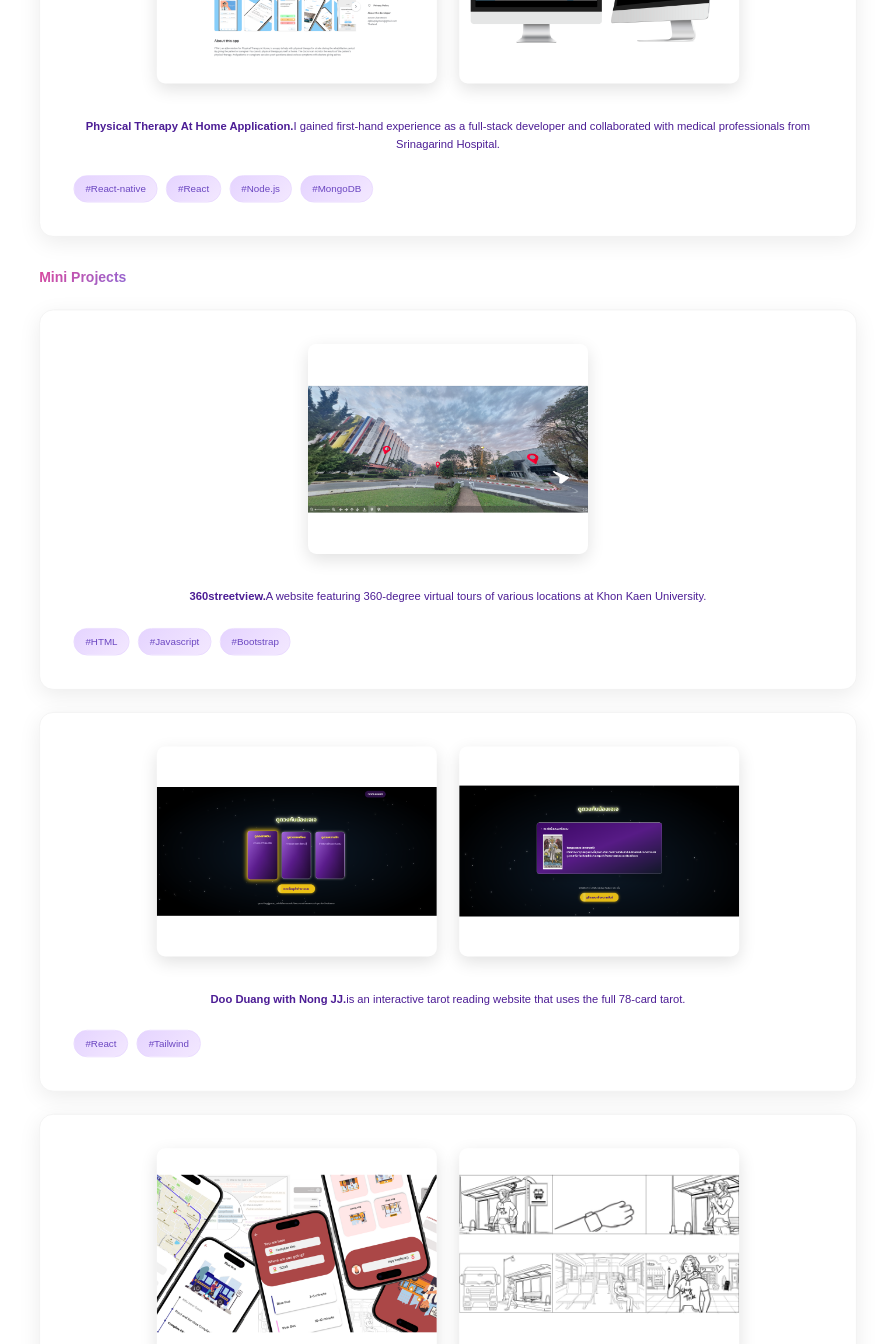
Repository: PattarasayaJJ/Portfolio-jjpatts
Page: /works
The author's editor kept a copy of each file at every save. The page is drawn from the files as they stood at one save, then again after the next save.
The browser window is 1280 px wide. The pictures show the part of the page from y = 486 to 2406 px (the page is 4678 px tall before and 4699 px after), at 70% of full size.
The project was rebuilt for these pictures with package versions that can differ from the ones it lists, and the page was loaded fresh each time. Also part of the build but not shown: vite.config.js, vite.config.ts, src/header.css, src/hero.css, src/components/Hero.jsx, src/components/Aboutme.jsx.

Above is the page before, as saved 2025-08-03 22:39:29.

### index.html
<!doctype html>
<html lang="en">
  <head>
    <meta charset="UTF-8" />
    <link rel="icon" type="image/svg+xml" href="/JPtab.png" />
    <meta name="viewport" content="width=device-width, initial-scale=1.0" />
    <title>JJPatts Portfolio</title>
  </head>
  <body>
    <div id="root"></div>
    <script type="module" src="/src/index.jsx"></script>
  </body>
</html>

### src/index.css
@import 'tailwindcss/base';
@import 'tailwindcss/components';
@import 'tailwindcss/utilities';
@import url('https://fonts.googleapis.com/css2?family=Kanit:wght@400;700&display=swap');

*{
   font-family: 'Kanit', sans-serif;

}

### src/App.jsx
import React from 'react';
import { BrowserRouter as Router, Routes, Route } from 'react-router-dom';
import { Header } from './components/Header';
import { Hero } from './components/Hero';
import { Works } from './components/Works';
import { Aboutme } from './components/Aboutme' ;
import { Footer } from './components/Footer';
export function App() {
  return (
    <Router>
      <div className="w-full min-h-screen bg-white">
        <Header />
        <main className="w-full">
          <Routes>
            <Route path="/" element={<><Hero /> </>} />
            <Route path="/works" element={<><Works /></>}/>
            <Route path="/aboutme" element={<Aboutme />} />


          </Routes>
        </main>
        <Footer />

      </div>
    </Router>
  );
}

### src/components/Header.jsx
import React, { useState } from 'react';
import { Link, useLocation } from 'react-router-dom';
import { MenuIcon, XIcon } from 'lucide-react';
import '../header.css';

export function Header() {
  const [isMenuOpen, setIsMenuOpen] = useState(false);
  const location = useLocation();

  const isActive = (path) => location.pathname === path;

  return (
    <header className="w-full bg-black py-4 px-8 relative">
      <div className="max-w-7xl mx-auto flex justify-between items-center">
        <Link to="/">
          <div className="flex items-center">
            <img src="/JP.png" alt="logo" className="w-20" />
          </div>
        </Link>

        <nav className="hidden md:flex space-x-8">
          <Link
            to="/"
            className={`font-medium px-8 py-2 rounded-full ${
              isActive('/') ? 'bg-white text-purple-600' : 'gradient-text'
            }`}
            style={isActive('/') ? { color: '#4c1d95' } : {}}
          >
            Home
          </Link>
          <Link
            to="/works"
            className={`font-medium px-8 py-2 rounded-full ${
              isActive('/works') ? 'bg-white text-purple-600' : 'gradient-text'
            }`}
            style={isActive('/works') ? { color: '#4c1d95' } : {}}
          >
            My Projects
          </Link>
          <Link
            to="/aboutme"
            className={`font-medium px-8 py-2 rounded-full ${
              isActive('/aboutme') ? 'bg-white text-purple-600' : 'gradient-text'
            }`}
            style={isActive('/aboutme') ? { color: '#4c1d95' } : {}}
          >
            About me
          </Link>
        </nav>

        <button className="md:hidden text-white" onClick={() => setIsMenuOpen(!isMenuOpen)}>
          {isMenuOpen ? <XIcon size={24} /> : <MenuIcon size={24} />}
        </button>
      </div>

      <div
        className={`
          fixed top-0 right-0 w-64 h-full bg-black z-50 transform transition-transform duration-300 ease-in-out
          ${isMenuOpen ? 'translate-x-0' : 'translate-x-full'}
          md:hidden
        `}
      >
        <div className="p-6">
          <button className="text-white mb-8" onClick={() => setIsMenuOpen(false)}>
            <XIcon size={24} />
          </button>
          <nav className="flex flex-col space-y-6">
            <Link
              to="/"
              className={`font-medium px-6 py-2 rounded-full block text-center ${
                isActive('/') ? 'bg-white text-purple-600' : 'gradient-text'
              }`}
              style={isActive('/') ? { color: '#4c1d95' } : {}}
              onClick={() => setIsMenuOpen(false)}
            >
              Home
            </Link>
            <Link
              to="/works"
              className={`font-medium px-6 py-2 rounded-full block text-center ${
                isActive('/works') ? 'bg-white text-purple-600' : 'gradient-text'
              }`}
              style={isActive('/works') ? { color: '#4c1d95' } : {}}
              onClick={() => setIsMenuOpen(false)}
            >
              My Projects
            </Link>
            <Link
              to="/aboutme"
              className={`font-medium px-6 py-2 rounded-full block text-center ${
                isActive('/aboutme') ? 'bg-white text-purple-600' : 'gradient-text'
              }`}
              style={isActive('/aboutme') ? { color: '#4c1d95' } : {}}
              onClick={() => setIsMenuOpen(false)}
            >
              About me
            </Link>
          </nav>
        </div>
      </div>

      {isMenuOpen && (
        <div
          className="fixed inset-0 bg-black bg-opacity-50 z-40 md:hidden"
          onClick={() => setIsMenuOpen(false)}
        />
      )}
    </header>
  );
}

### src/components/Works.jsx
import '../work.css';

export function Works() {
  const Ptahskills = [
    { name: '#React-native', type: 'tool' },
    { name: '#React', type: 'tool' },
    { name: '#Node.js', type: 'tool' },
    { name: '#MongoDB', type: 'tool' },
  ];

  const stv = [
    { name: '#HTML', type: 'tool' },
    { name: '#Javascript', type: 'tool' },
    { name: '#Bootstrap', type: 'tool' },
  ];

  const tarot = [
    { name: '#React', type: 'tool' },
    { name: '#Tailwind', type: 'tool' },
  ];

  const kkuBusSkills = [
    { name: '#Figma', type: 'tool' },
  ];

  const ClassSkills = [
    { name: '#AdobeXD', type: 'tool' },
  ];

  const BakeySkills = [
    { name: '#Figma', type: 'tool' },
  ];

  const NineSkills = [
    { name: '#Power BI', type: 'tool' },
  ];

  return (
    <section className="projects-section">
      <nav className="breadcrumb">
        <a href="/" className="breadcrumb-link">
          Home
        </a>
        <span className="breadcrumb-separator">/</span>
        <span className="breadcrumb-current">My Projects</span>
      </nav>

      <div className="projects-container">
       <div className="final-project-text">
  <div className="project-title-container">
    <div className="project-title-text">Final Project</div>
  </div>
</div>

        <div className="project-card">
          <div className="project-images">
            <img
              src="/Ptah.png"
              alt="PTAH Mobile App"
              className="project-image"
            />
            <img
              src="/ptahdoctor.png"
              alt="PTAH Desktop App"
              className="project-image"
            />
          </div>

          <div className="project-content">
            <h3 className="project-name">
              <span className="highlight">Physical Therapy At Home Application.</span>
              I gained first-hand experience as a full-stack developer and collaborated with medical professionals from Srinagarind Hospital.
            </h3>

            <div className="skills-list">
              {Ptahskills.map((skill, index) => (
                <span className="skill-tag" key={index}>
                  {skill.name}
                </span>
              ))}
            </div>
          </div>
        </div>

        <div className="final-project-text">
           <div className="project-title-container">
    <div className="project-title-text">Mini Projects</div>
  </div>
</div>

        {/* 360streetview Project */}
        <div className="project-card">
          <div className="project-images single">
            <img
              src="/360.png"
              alt="360streetview"
              className="project-image"
            />
          </div>

          <div className="project-content">
            <h3 className="project-name">
              <span className="highlight">360streetview.</span>
              A website featuring 360-degree virtual tours of various locations at Khon Kaen University.
            </h3>

            <div className="skills-list">
              {stv.map((skill, index) => (
                <span className="skill-tag" key={index}>
                  {skill.name}
                </span>
              ))}
            </div>
          </div>
        </div>

        {/* Tarot Project */}
        <div className="project-card">
          <div className="project-images single">
            <img
              src="/tarot.png"
              alt="Tarot Reading"
              className="project-image"
            />
             <img
              src="/tarot2.png"
              alt="Tarot Reading"
              className="project-image"
            />
          </div>

          <div className="project-content">
            <h3 className="project-name">
              <span className="highlight">Doo Duang with Nong JJ.</span>
              is an interactive tarot reading website that uses the full 78-card tarot.
            </h3>

            <div className="skills-list">
              {tarot.map((skill, index) => (
                <span className="skill-tag" key={index}>
                  {skill.name}
                </span>
              ))}
            </div>
          </div>
        </div>

        {/* KKU Bus Project */}
        <div className="project-card">
          <div className="project-images">
            <img
              src="/KKUbus.png"
              alt="KKU Bus App"
              className="project-image"
            />
            <img
              src="/storykkubus.jpeg"
              alt="KKU Bus Story"
              className="project-image"
            />
          </div>

          <div className="project-content">
            <h3 className="project-name">
              <span className="highlight">KKU Shuttle Bus.</span>
              This was my first mini project, starting with user research and continuing through to design, following various principles and guidelines. The main focus was to ensure that users could use the product without a steep learning curve. In this project, I conducted A/B testing, usability testing, and applied other UX/UI principles as well.
            </h3>

            <div className="skills-list">
              {kkuBusSkills.map((skill, index) => (
                <span className="skill-tag" key={index}>
                  {skill.name}
                </span>
              ))}
            </div>
          </div>
        </div>

        {/* Class Cafe Project */}
        <div className="project-card">
          <div className="project-images single">
            <img
              src="/classfull.png"
              alt="Class Cafe"
              className="project-image"
            />
          </div>

          <div className="project-content">
            <h3 className="project-name">
              <span className="highlight">Class Cafe.</span>
              This project had a clear business objective: How can we increase this store's sales? I started by gathering customer insights and business metrics, then brainstormed revenue‑driving features before moving on to the design phase.
            </h3>

            <div className="skills-list">
              {ClassSkills.map((skill, index) => (
                <span className="skill-tag" key={index}>
                  {skill.name}
                </span>
              ))}
            </div>
          </div>
        </div>

        {/* Bakery Shop Project */}
        <div className="project-card">
          <div className="project-images single">
            <img
              src="/bakery.png"
              alt="Bakery Shop"
              className="project-image"
            />
          </div>

          <div className="project-content">
            <h3 className="project-name">
              <span className="highlight">Bakery Shop.</span>
              The Bakey Shop application was created as a teaching tool for first-year students, with the purpose of introducing and providing practice in using Figma.
            </h3>

            <div className="skills-list">
              {BakeySkills.map((skill, index) => (
                <span className="skill-tag" key={index}>
                  {skill.name}
                </span>
              ))}
            </div>
          </div>
        </div>

        {/* 9Diamond Project */}
        <div className="project-card">
          <div className="project-images single">
            <img
              src="/9Diamond.png"
              alt="9Diamond"
              className="project-image"
            />
          </div>

          <div className="project-content">
            <h3 className="project-name">
              <span className="highlight">9Diamond.</span>
              I reached out to the store to get its sales data, which we analyzed to come up with a suitable promotion.
            </h3>

            <div className="skills-list">
              {NineSkills.map((skill, index) => (
                <span className="skill-tag" key={index}>
                  {skill.name}
                </span>
              ))}
            </div>
          </div>
        </div>
      </div>
    </section>
  );
}

### src/components/Footer.jsx
import React from 'react';

export function Footer() {
  return (
    <footer className="w-full bg-black text-white py-8 px-8">
  <div className="max-w-7xl mx-auto flex flex-col md:flex-row justify-between items-center space-y-6 md:space-y-0">

        <div className="text-center md:text-left gradient-text ">
          <h2 className="text-lg font-semibold">Contact Me</h2>
          <p className="text-sm mt-2">Email: jj.pattarasaya@gmail.com</p>
          <p className="text-sm">Phone: 099-209-5588</p>
          <p className="text-sm">Khon Kaen 40000, Thailand</p>

        </div>

        <div className="flex space-x-4 ">
        <a href="https://github.com/PattarasayaJJ" target="_blank" rel="noopener noreferrer">
        <img src="https://github.githubassets.com/favicons/favicon.png" alt="GitHub" />

  </a>

        </div>
      </div>

      <div className="text-center text-xs text-gray-400 mt-6 ">
        © {new Date().getFullYear()} JJPatts. All rights reserved.
      </div>
    </footer>
  );
}

### src/work.css
.projects-section {
  width: 100%;
  max-width: 1200px;
  margin: 0 auto;
  padding: 2rem 1rem;
  background-color: #ffffff;
}

.projects-container {
  max-width: 80rem;
  margin: 0 auto;
  display: flex;
  flex-direction: column;
  gap: 2rem;
}

.breadcrumb {
  margin-bottom: 2rem;
  font-size: 0.9rem;
  color: #666;
}

.breadcrumb-link {
  color: #666;
  text-decoration: none;
}

.breadcrumb-link:hover {
  color: #333;
}

.breadcrumb-separator {
  margin: 0 0.5rem;
}

.breadcrumb-current {
  color: #333;
  font-weight: 500;
}

.project-title-text {
  margin-top: 10px;
  background: linear-gradient(135deg, #DD489B, #9067D3);
  -webkit-background-clip: text;
  -webkit-text-fill-color: transparent;
  background-clip: text;
  display: inline-block;
  font-size: 1.25rem;
  font-weight: bold;
}

/* Project Card */
.project-card {
  background: #ffffff;
  border-radius: 20px;
  padding: 3rem;
  box-shadow: 0 8px 32px rgba(0, 0, 0, 0.08);
  border: 1px solid #f0f0f0;
  display: flex;
  flex-direction: column;
  gap: 2rem;
}

/* Project Images */
.project-images {
  display: flex;
  justify-content: center;
  gap: 2rem;
  margin-bottom: 1rem;
}

.project-images.single {
  justify-content: center;
}

/* Updated: Uniform image sizing */
.project-image {
  width: 400px;
  height: 300px;
  object-fit: contain;
  border-radius: 12px;
  box-shadow: 0 8px 24px rgba(0, 0, 0, 0.12);
  transition: transform 0.3s ease, box-shadow 0.3s ease;
}

.project-image:hover {
  transform: translateY(-4px);
  box-shadow: 0 12px 32px rgba(0, 0, 0, 0.16);
}

/* Project Content */
.project-content {
  text-align: center;
  display: flex;
  flex-direction: column;
  gap: 1rem;
}

.project-name {
  font-size: 1rem;
  line-height: 1.6;
  color: #4c1d95;
  margin: 0;
  font-weight: 400;
}

.highlight {
  font-weight: 700;
  color: #4c1d95;
}

/* Skills List */
.skills-list {
  display: flex;
  flex-wrap: wrap;
  gap: 0.75rem;
  margin-top: 1rem;
}

.skill-tag {
  background: linear-gradient(135deg, #e5d4ff, #f3e8ff);
  color: #6b46c1;
  padding: 0.5rem 1rem;
  border-radius: 20px;
  font-size: 0.875rem;
  font-weight: 500;
  border: 1px solid #e5d4ff;
  transition: all 0.3s ease;
}

.skill-tag:hover {
  background: linear-gradient(135deg, #ddd6fe, #e5d4ff);
  transform: translateY(-2px);
  box-shadow: 0 4px 12px rgba(107, 70, 193, 0.2);
}

/* Responsive Design */
@media (max-width: 1024px) {
  .project-images {
    gap: 1.5rem;
  }

  .project-image {
    width: 350px;
    height: 250px;
    object-fit: contain;
  }
}

@media (max-width: 768px) {
  .projects-section {
    padding: 1.5rem 1rem;
  }

  .project-card {
    padding: 2rem 1.5rem;
  }

  .project-images {
    flex-direction: column;
    align-items: center;
    gap: 1.5rem;
  }

  .project-image {
    width: 100%;
    max-width: 400px;
    height: 250px;
    object-fit: contain;
  }

  .project-title {
    font-size: 1.5rem;
  }

  .project-name {
    font-size: 1.1rem;
    text-align: left;
  }

  .skills-list {
    justify-content: flex-start;
  }
}

@media (max-width: 480px) {
  .project-card {
    padding: 1.5rem 1rem;
  }

  .project-name {
    font-size: 1rem;
  }

  .skill-tag {
    font-size: 0.75rem;
    padding: 0.4rem 0.8rem;
  }

  .project-image {
    width: 100%;
    max-width: 350px;
    height: 200px;
    object-fit: contain;
  }
}

### src/aboutme.css
.about-container {
  max-width: 1200px;
  margin: 0 auto;
  padding: 2rem 1rem;
  background-color: #ffffff;
}

.breadcrumb {
  margin-bottom: 1rem;
  font-size: 1rem;
  color: #4B5563;
  display: flex;
  align-items: center;
}

.breadcrumb-link {
  color: #4B5563;
  text-decoration: none;
}

.breadcrumb-link:hover {
  text-decoration: underline;
}


.breadcrumb-separator {
  margin: 0 0.5rem;
}

.breadcrumb-current {
  font-weight: bold;
  color: #4c1d95;
}

.about-content {
  display: grid;
  grid-template-columns: 1fr 2fr;
  gap: 3rem;
  align-items: start;
}

.profile-section {
  display: flex;
  flex-direction: column;
  gap: 2rem;
}

.profile-card {
  background: #ffffff;
  border-radius: 20px;
  padding: 1rem;
  box-shadow: 0 8px 32px rgba(0, 0, 0, 0.08);
  border: 1px solid #f0f0f0;
  text-align: center;
}

.avatar-container {
  display: flex;
  flex-direction: column;
  align-items: center;
}

.avatar-wrapper {
  width: 200px;
  height: 200px;
  transition: transform 0.3s ease;
}

.avatar-wrapper:hover {
  transform: scale(1.05);
}

.avatar-img {
  width: 100%;
  height: 100%;
  object-fit: contain;
}

.profile-name {
  font-size: 1.5rem;
  color: #4c1d95;
  margin: 0;
}

.profile-title {
  font-size: 1rem;
  color: #6b46c1;
  margin: 0;
}

.email {
  font-size: 1rem;
  color: #6b7280;
  margin-bottom: 10px;
}

.social-icons {
  display: flex;
  justify-content: center;
  gap: 1rem;
}

.social-link {
  display: flex;
  align-items: center;
  justify-content: center;
  width: 40px;
  height: 40px;
  box-shadow: 0 8px 32px rgba(0, 0, 0, 0.08);
  border-radius: 50%;
  transition: all 0.3s ease;
}

.social-link:hover {
  transform: translateY(-2px);
  box-shadow: 0 4px 12px rgba(107, 70, 193, 0.3);
}

.social-icons img {
  width: 20px;
  height: 20px;
}

.education-card {
  background: #ffffff;
  border-radius: 20px;
  padding: 2rem;
  box-shadow: 0 8px 32px rgba(0, 0, 0, 0.08);
  border: 1px solid #f0f0f0;
}

.education-content {
  margin-top: 1rem;
}

.degree {
  font-size: 1rem;
  color: #4c1d95;
  margin: 0 0 0.5rem 0;
}

.university {
  font-size: 1rem;
  color: #4c1d95;
  margin: 0 0 0.25rem 0;
}

.graduation {
  font-size: 0.9rem;
  color: #6b7280;
  margin: 0;
}

.skills-section {
  display: flex;
  flex-direction: column;
}

.skills-grid {
  display: grid;
  grid-template-columns: 1fr;
  gap: 2rem;
}

.skill-category {
  background: #ffffff;
  border-radius: 20px;
  padding: 2rem;
  box-shadow: 0 8px 32px rgba(0, 0, 0, 0.08);
  border: 1px solid #f0f0f0;
  border-left: 5px solid #ffdff3;
}

.section-title,
.category-title {
  font-size: 1rem;
  margin: 0 0 1.5rem 0;
  display: flex;
  align-items: center;
}

.gradient-text {
  background: linear-gradient(135deg, #DD489B, #9067D3);
  -webkit-background-clip: text;
  -webkit-text-fill-color: transparent;
  background-clip: text;
}

.skills-list {
  display: flex;
  flex-wrap: wrap;
  gap: 0.75rem;
}

.skill-tag {
  background: linear-gradient(135deg, #e5d4ff, #f3e8ff);
  color: #6b46c1;
  padding: 0.5rem 1rem;
  border-radius: 20px;
  font-size: 0.875rem;
  font-weight: 500;
  border: 1px solid #e5d4ff;
  transition: all 0.3s ease;
  cursor: default;
}

.skill-tag:hover {
  background: linear-gradient(135deg, #ddd6fe, #e5d4ff);
  transform: translateY(-2px);
  box-shadow: 0 4px 12px rgba(107, 70, 193, 0.2);
}

/* Responsive Design */
@media (max-width: 1024px) {
  .about-content {
    grid-template-columns: 1fr;
    gap: 2rem;
  }

  .skills-grid {
    grid-template-columns: repeat(2, 1fr);
  }
}

@media (max-width: 768px) {
  .about-container {
    padding: 1.5rem 1rem;
  }

  .about-content {
    gap: 1.5rem;
  }

  .skills-grid {
    grid-template-columns: 1fr;
    gap: 1.5rem;
  }

  .profile-card,
  .education-card,
  .skill-category {
    padding: 1.5rem;
  }

  .avatar-wrapper {
    width: 150px;
    height: 150px;
  }

  .profile-name {
    font-size: 1.25rem;
  }

  .profile-title {
    font-size: 0.9rem;
  }

  .section-title,
  .category-title {
    font-size: 1.1rem;
  }

  .skill-tag {
    font-size: 0.8rem;
    padding: 0.4rem 0.8rem;
  }
}

@media (max-width: 480px) {

  .profile-card,
  .education-card,
  .skill-category {
    padding: 1.25rem;
  }

  .avatar-wrapper {
    width: 120px;
    height: 120px;
  }

  .profile-name {
    font-size: 1.1rem;
  }

  .skills-list {
    gap: 0.5rem;
  }

  .skill-tag {
    font-size: 0.75rem;
    padding: 0.35rem 0.7rem;
  }
}

Loaded but not shown: src/index.jsx (common file); tailwind.config.js (common file)

After the next save:
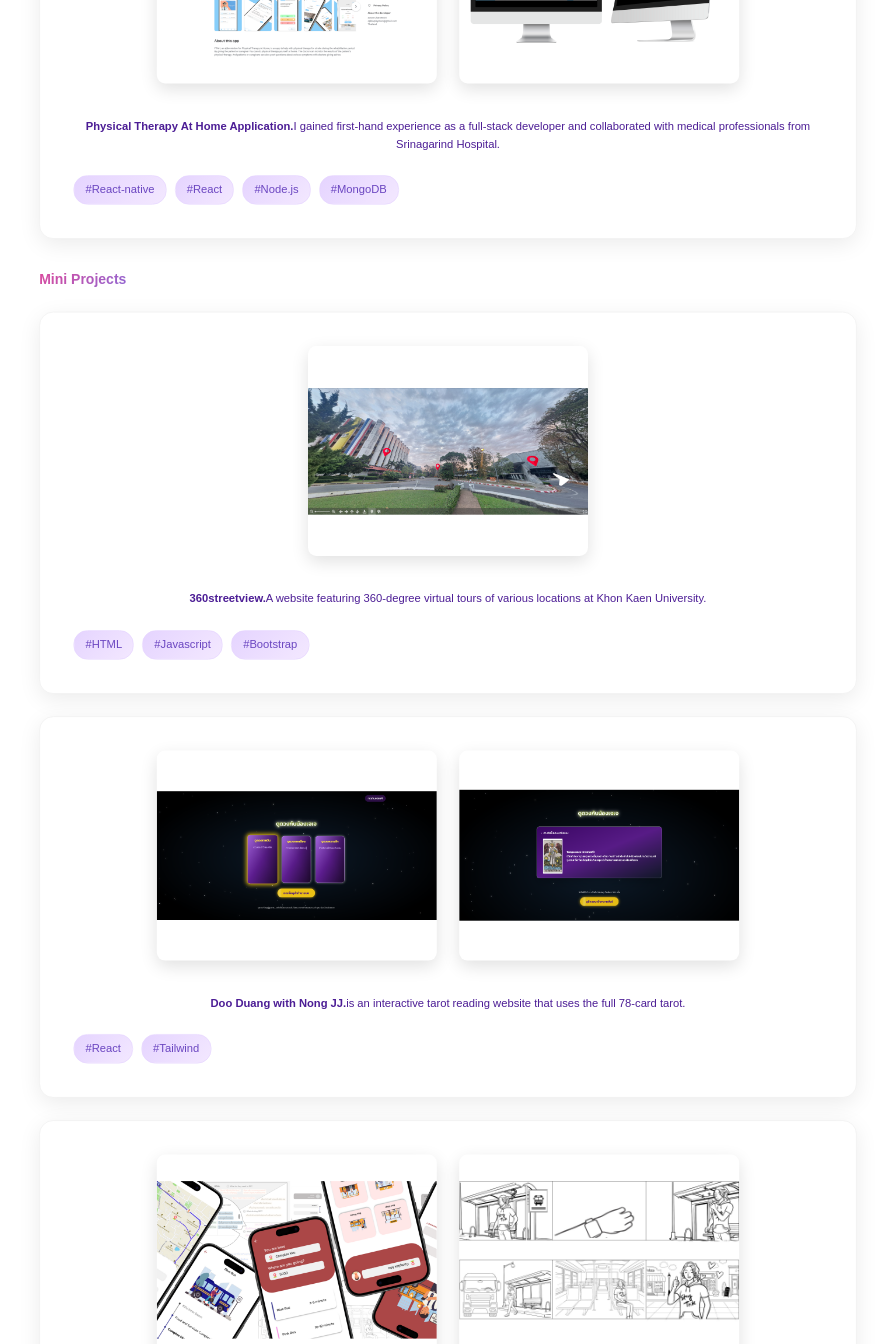
Saved 19 s later.
--- a/src/aboutme.css
+++ b/src/aboutme.css
@@ -197,7 +197,7 @@
   color: #6b46c1;
   padding: 0.5rem 1rem;
   border-radius: 20px;
-  font-size: 0.875rem;
+  font-size: 1rem;
   font-weight: 500;
   border: 1px solid #e5d4ff;
   transition: all 0.3s ease;
